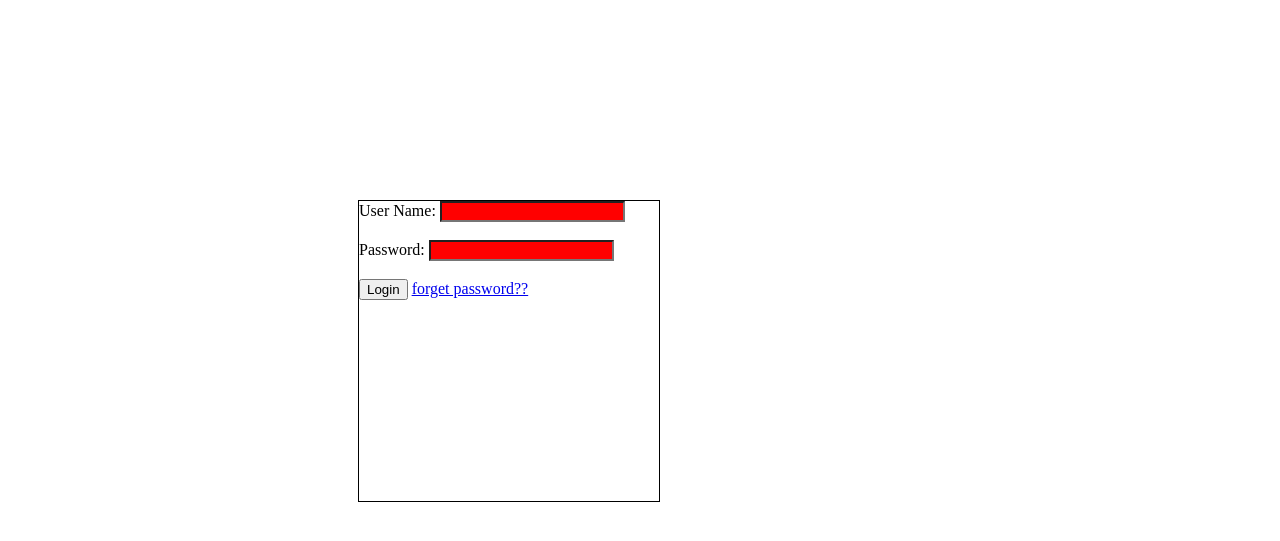
Repository: AmritOjha01/sms
Page: http://localhost/StudentManagementSystem/UserController?action=listUser
The author's editor kept a copy of each file at every save. The page is drawn from the files as they stood at one save, then again after the next save.
The browser window is 1280 px wide. The pictures show the whole page.
The page is served by Tomcat 9. Other server files are loaded and not shown.

Above is the page before, as saved 2017-03-27 11:29:16.

### StudentManagementSystem/WebContent/login.jsp
<%@ page language="java" contentType="text/html; charset=ISO-8859-1"
	pageEncoding="ISO-8859-1"%>
<!DOCTYPE html PUBLIC "-//W3C//DTD HTML 4.01 Transitional//EN" "http://www.w3.org/TR/html4/loose.dtd">
<html>
<head>
<meta http-equiv="Content-Type" content="text/html; charset=ISO-8859-1">
<title>Insert title here</title>
<link rel="stylesheet" type="text/css"
	href="resources/customcss/demo.css">
</head>
<body>
	<div class="box">
		<form action="LoginController" method="post">
			User Name: <input type="text" name="uName" class="css-style "><br>
			<br> Password: <input type="password" name="pass"
				class="css-style "><br> <br> <input type="submit"
				value="Login"> <a href="LoginController?action=getpassword">forget
				password??</a>
		</form>
	</div>
</body>
</html>

### StudentManagementSystem/src/com/krishna/sis/controller/UserController.java
package com.krishna.sis.controller;

import java.io.IOException;
import java.text.ParseException;
import java.text.SimpleDateFormat;
import java.util.Date;

import javax.servlet.RequestDispatcher;
import javax.servlet.ServletException;
import javax.servlet.annotation.WebServlet;
import javax.servlet.http.HttpServlet;
import javax.servlet.http.HttpServletRequest;
import javax.servlet.http.HttpServletResponse;
import javax.servlet.http.HttpSession;

import com.krishna.sis.dto.UserDTO;
import com.krishna.sis.service.UserService;
import com.krishna.sis.service.UserServiceImpl;
import com.krishna.sis.util.EmailUtility;

@WebServlet("/UserController")
public class UserController extends HttpServlet {
	private static final long serialVersionUID = 1L;
	private static String INSERT_OR_EDIT = "/userCreate.jsp";
	private static String LIST_USER = "/userList.jsp";
	private static String LOGIN = "/login.jsp";
	private static String PREVIOUS_PWD = "/previousUserPassword.jsp";

	private UserService userService;

	public UserController() {
		super();
		userService = new UserServiceImpl();
	}

	protected void doGet(HttpServletRequest request, HttpServletResponse response)
			throws ServletException, IOException {
		String forward = "";
		String name = "";
		HttpSession session = request.getSession(false);
		if (session != null)
			name = (String) session.getAttribute("uname");
		else
			name = null;
		if (name != null) {
			String action = request.getParameter("action");

			if (action.equalsIgnoreCase("delete")) {
				int userId = Integer.parseInt(request.getParameter("userid"));
				userService.deleteUser(userId);
				forward = LIST_USER;
				request.setAttribute("users", userService.getAllUsers());
			} else if (action.equalsIgnoreCase("edit")) {
				forward = INSERT_OR_EDIT;
				int userId = Integer.parseInt(request.getParameter("userid"));
				UserDTO user = userService.getUserById(userId);
				request.setAttribute("user", user);
			} else if (action.equalsIgnoreCase("listUser")) {
				forward = LIST_USER;
				request.setAttribute("users", userService.getAllUsers());
			} else if (action.equalsIgnoreCase("insert")) {
				forward = INSERT_OR_EDIT;
			} else {
				forward = PREVIOUS_PWD;

			}
		} else {
			forward = LOGIN;
		}
		RequestDispatcher view = request.getRequestDispatcher(forward);
		view.forward(request, response);
	}

	protected void doPost(HttpServletRequest request, HttpServletResponse response)
			throws ServletException, IOException {
		UserDTO userDTO = new UserDTO();
		userDTO.setFirstName(request.getParameter("firstName"));
		userDTO.setLastName(request.getParameter("lastName"));
		userDTO.setUsername(request.getParameter("username"));
		userDTO.setPassword(request.getParameter("password"));
		String dateOfBirth = request.getParameter("dob");
		try {
			Date dob = new SimpleDateFormat("yyyy-MM-dd").parse(dateOfBirth);
			userDTO.setDob(dob);
		} catch (ParseException e) {
			e.printStackTrace();
		}
		userDTO.setEmail(request.getParameter("email"));
		String userid = request.getParameter("userid");
		if (userid == null || userid.isEmpty()) {
			userService.saveUser(userDTO);
			EmailUtility.sendEmail(userDTO.getPassword());
		} else {
			userDTO.setUserId(Integer.parseInt(userid));
			userService.updateUser(userDTO);
		}

		RequestDispatcher view = request.getRequestDispatcher(LIST_USER);
		request.setAttribute("users", userService.getAllUsers());
		view.forward(request, response);
	}
}

### StudentManagementSystem/src/com/krishna/sis/service/UserServiceImpl.java
package com.krishna.sis.service;

import java.util.List;

import com.krishna.sis.dao.UserDao;
import com.krishna.sis.dao.UserDaoImpl;
import com.krishna.sis.dto.UserDTO;

public class UserServiceImpl implements UserService {

	UserDao userDao = new UserDaoImpl();

	@Override
	public boolean saveUser(UserDTO userDTO) {
		return userDao.saveUser(userDTO);
	}

	@Override
	public boolean updateUser(UserDTO userDTO) {
		return userDao.updateUser(userDTO);
	}

	@Override
	public List<UserDTO> getAllUsers() {
		return userDao.getAllUsers();
	}

	@Override
	public UserDTO getUserById(int userId) {
		return userDao.getUserById(userId);
	}

	@Override
	public void deleteUser(int userId) {
		userDao.deleteUser(userId);

	}

	@Override
	public UserDTO getUserByUserNameAndPassword(String username, String password) {
		return userDao.getUserByUserNameAndPassword(username, password);
	}

	@Override
	public UserDTO getPasswordByEmail(String email) {

		return userDao.getPasswordByEmail(email);
	}

	@Override
	public UserDTO getPasswordByPassword(String pwd) {

		return userDao.getPasswordByPassword(pwd);
	}

}

### StudentManagementSystem/src/com/krishna/sis/dao/UserDao.java
package com.krishna.sis.dao;

import java.util.List;

import com.krishna.sis.dto.UserDTO;

public interface UserDao {
	public boolean saveUser(UserDTO userDTO);

	public boolean updateUser(UserDTO userDTO);

	public List<UserDTO> getAllUsers();

	public UserDTO getUserById(int userId);

	public void deleteUser(int userId);

	public UserDTO getUserByUserNameAndPassword(String username, String password);

	public UserDTO getPasswordByEmail(String email);

	public UserDTO getPasswordByPassword(String pwd);
}

### StudentManagementSystem/src/com/krishna/sis/dao/UserDaoImpl.java
package com.krishna.sis.dao;

import java.sql.PreparedStatement;
import java.sql.ResultSet;
import java.util.ArrayList;
import java.util.List;

import com.krishna.sis.dto.UserDTO;
import com.krishna.sis.util.DbUtil;
import com.krishna.sis.util.QueryUtil;

public class UserDaoImpl implements UserDao {
	public boolean saveUser(UserDTO userDTO) {
		PreparedStatement ps = null;
		int savedUser = 0;
		try {
			ps = DbUtil.getConnection().prepareStatement(QueryUtil.CREATE_USER);
			// ps.setNull(1, java.sql.Types.INTEGER);
			ps.setString(1, userDTO.getFirstName());
			ps.setString(2, userDTO.getLastName());
			ps.setString(3, userDTO.getEmail());
			ps.setDate(4, new java.sql.Date(userDTO.getDob().getTime()));
			ps.setString(5, userDTO.getUsername());
			ps.setString(6, userDTO.getPassword());
			savedUser = ps.executeUpdate();

		} catch (Exception ex) {
			ex.printStackTrace();
		} finally {
			DbUtil.closeAll(ps);
		}
		if (savedUser >= 1) {
			return true;
		}
		return false;
	}

	public boolean updateUser(UserDTO userDTO) {
		PreparedStatement ps = null;
		int uUpdated = 0;
		try {
			ps = DbUtil.getConnection().prepareStatement(QueryUtil.UPDATE_USER);
			ps.setString(1, userDTO.getFirstName());
			ps.setString(2, userDTO.getLastName());
			ps.setString(3, userDTO.getEmail());
			ps.setDate(4, new java.sql.Date(userDTO.getDob().getTime()));
			ps.setString(5, userDTO.getPassword());
			ps.setInt(6, userDTO.getUserId());
			uUpdated = ps.executeUpdate();
		} catch (Exception ex) {
			ex.printStackTrace();
		} finally {
			DbUtil.closeAll(ps);
		}
		if (uUpdated >= 1) {
			return true;
		}
		return false;
	}

	public List<UserDTO> getAllUsers() {
		List<UserDTO> users = new ArrayList<UserDTO>();
		PreparedStatement ps = null;
		try {
			ps = DbUtil.getConnection().prepareStatement(QueryUtil.GET_ALL_USER);
			ResultSet rs = ps.executeQuery();
			while (rs.next()) {
				UserDTO userDTO = new UserDTO();
				userDTO.setUserId(rs.getInt("user_id"));
				userDTO.setFirstName(rs.getString("first_name"));
				userDTO.setLastName(rs.getString("last_name"));
				userDTO.setDob(rs.getDate("dob"));
				userDTO.setEmail(rs.getString("email"));
				userDTO.setUsername(rs.getString("username"));
				users.add(userDTO);
			}
		} catch (Exception ex) {
			ex.printStackTrace();
		} finally {
			DbUtil.closeAll(ps);
		}

		return users;
	}

	public UserDTO getUserById(int userId) {
		UserDTO user = new UserDTO();
		PreparedStatement ps = null;
		try {
			ps = DbUtil.getConnection().prepareStatement(QueryUtil.GET_USER_BY_ID);
			ps.setInt(1, userId);
			ResultSet rs = ps.executeQuery();
			if (rs.next()) {
				user.setUserId(rs.getInt("user_id"));
				user.setFirstName(rs.getString("first_name"));
				user.setLastName(rs.getString("last_name"));
				user.setDob(rs.getDate("dob"));
				user.setEmail(rs.getString("email"));
				user.setUsername(rs.getString("username"));
			}
		} catch (Exception ex) {
			ex.printStackTrace();
		} finally {
			DbUtil.closeAll(ps);
		}
		return user;
	}

	public void deleteUser(int userId) {
		PreparedStatement ps = null;
		try {
			ps = DbUtil.getConnection().prepareStatement(QueryUtil.DELETE_USER);
			ps.setInt(1, userId);
			ps.executeUpdate();

		} catch (Exception ex) {
			ex.printStackTrace();
		} finally {
			DbUtil.closeAll(ps);
		}
	}

	public UserDTO getUserByUserNameAndPassword(String username, String password) {
		UserDTO user = new UserDTO();
		PreparedStatement ps = null;
		try {
			ps = DbUtil.getConnection().prepareStatement(QueryUtil.GET_USER_BY_USERNAME_AND_PASSWORD);
			ps.setString(1, username);
			ps.setString(2, password);
			ResultSet rs = ps.executeQuery();
			if (rs.next()) {
				user.setUserId(rs.getInt("user_id"));
				user.setUsername(rs.getString("username"));
				user.setPassword(rs.getString("password"));
			}
		} catch (Exception ex) {
			ex.printStackTrace();
		} finally {
			DbUtil.closeAll(ps);
		}
		return user;
	}

	@Override
	public UserDTO getPasswordByEmail(String email) {
		UserDTO user = new UserDTO();
		PreparedStatement ps = null;
		try {
			ps = DbUtil.getConnection().prepareStatement(QueryUtil.GET_BY_EMAIL);
			ps.setString(1, email);
			ResultSet rs = ps.executeQuery();
			if (rs.next()) {
				user.setUserId(rs.getInt("user_id"));
				user.setFirstName(rs.getString("first_name"));
				user.setLastName(rs.getString("last_name"));
				user.setDob(rs.getDate("dob"));
				user.setEmail(rs.getString("email"));
				user.setUsername(rs.getString("username"));
				user.setPassword(rs.getString("password"));
			}
		} catch (Exception ex) {
			ex.printStackTrace();
		} finally {
			DbUtil.closeAll(ps);
		}
		return user;
	}

	@Override
	public UserDTO getPasswordByPassword(String pwd) {

		UserDTO user = new UserDTO();
		PreparedStatement ps = null;
		try {
			ps = DbUtil.getConnection().prepareStatement(QueryUtil.GET_PASSWORD_BY_PASSWORD);
			ps.setString(1, pwd);
			ResultSet rs = ps.executeQuery();
			if (rs.next()) {
				user.setUserId(rs.getInt("user_id"));
				user.setFirstName(rs.getString("first_name"));
				user.setLastName(rs.getString("last_name"));
				user.setDob(rs.getDate("dob"));
				user.setEmail(rs.getString("email"));
				user.setUsername(rs.getString("username"));
				user.setPassword(rs.getString("password"));
			}
		} catch (Exception ex) {
			ex.printStackTrace();
		} finally {
			DbUtil.closeAll(ps);
		}
		return user;
	}
}

### StudentManagementSystem/WebContent/resources/customcss/demo.css
@CHARSET "ISO-8859-1";
.box {
	width: 300px;
	height:300px;
	border-width: 1px;
	border-style: solid;
	margin: 200px 0px 0px 350px;
}
.css-style {
	background-color: red
}

After the next save:
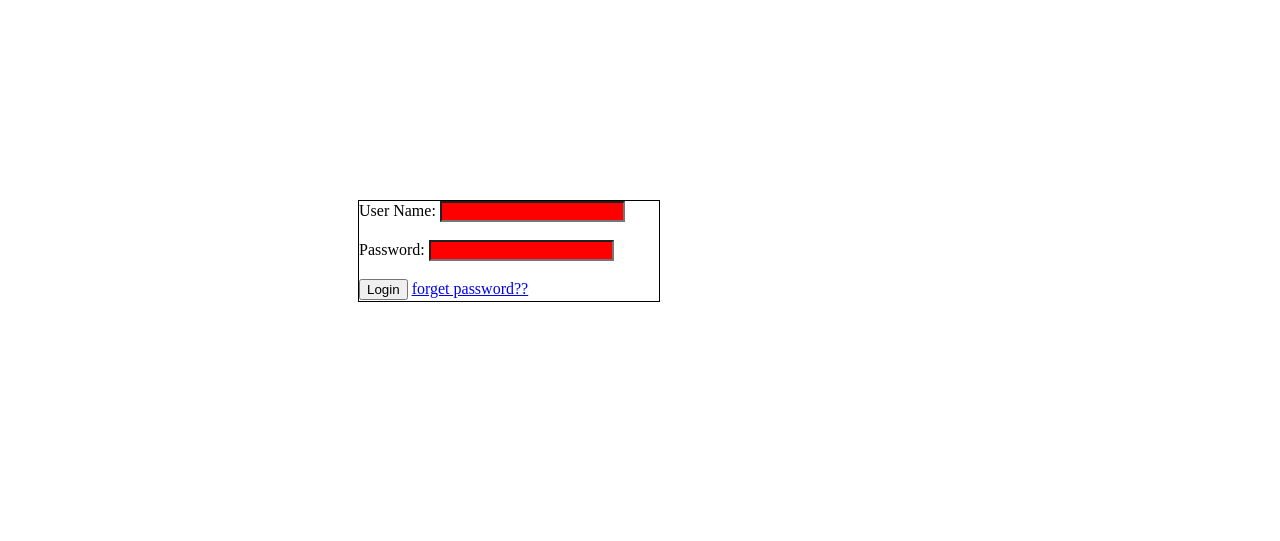
Saved 13 s later.
--- a/StudentManagementSystem/WebContent/resources/customcss/demo.css
+++ b/StudentManagementSystem/WebContent/resources/customcss/demo.css
@@ -1,7 +1,7 @@
 @CHARSET "ISO-8859-1";
 .box {
 	width: 300px;
-	height:300px;
+	height:100px;
 	border-width: 1px;
 	border-style: solid;
 	margin: 200px 0px 0px 350px;
